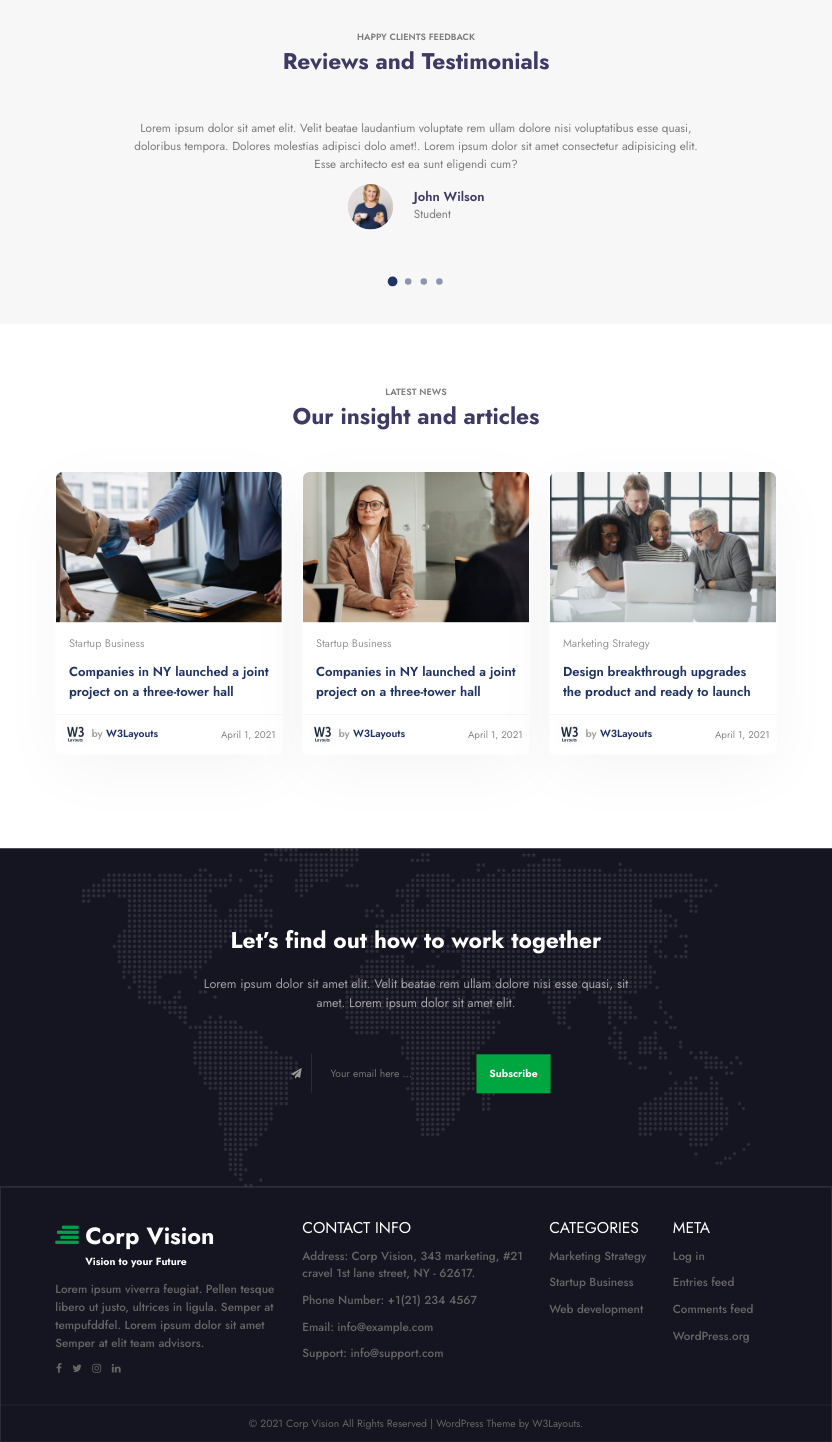
Repository: khaipnp/corpvision
Page: index.html
An editor plug-in stored every save of this project. The page is shown before and after the next save, followed by the edit.
The browser window is 1280 px wide. The pictures show the whole page, at 65% of full size.

Above is the page before, as saved 2021-07-04 17:07:35.

After the next save:
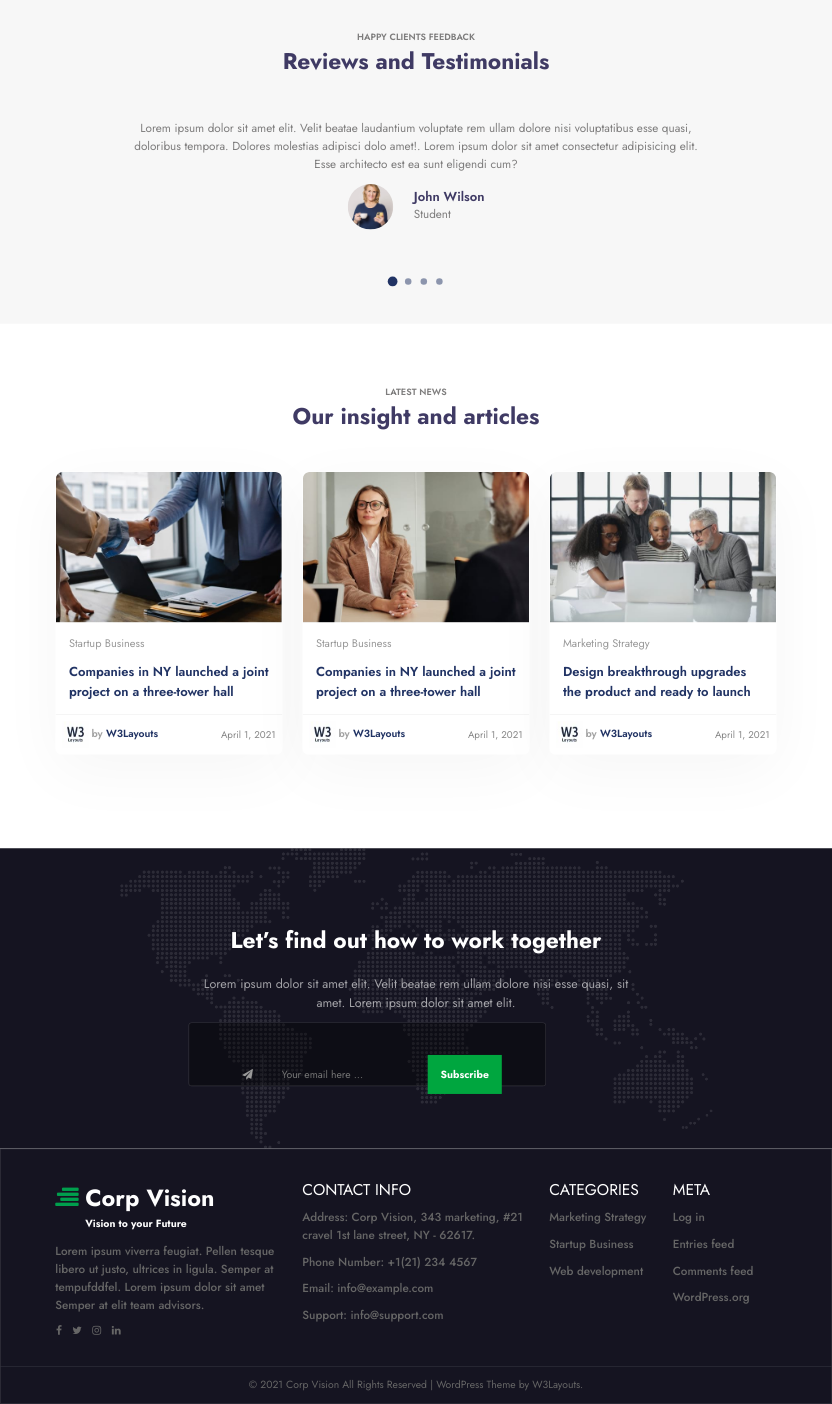
Saved 17 s later.
--- a/css/main.css
+++ b/css/main.css
@@ -190,7 +190,7 @@ body {
   display: flex;
 }
 
-.input__email form {
+.input__email {
   border: 1px solid rgb(255, 255, 255, 0.15);
   border-radius: 5px;
   height: 60px;
